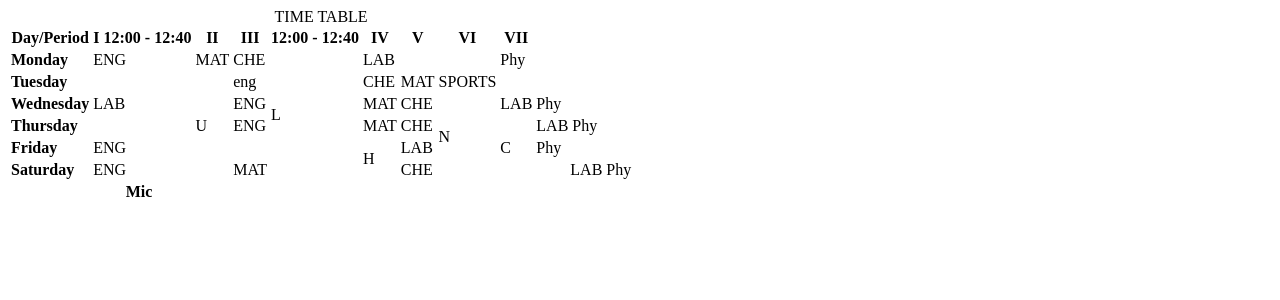
Repository: MicTomm/corso-frontend
Page: HTML/tabella/index.html
These files come from the project's save history. The page is drawn as it stood at one moment and after the next save; the edit follows.
The browser window is 1280 px wide. The pictures show the whole page.

Above is the page before, as saved 2023-11-07 16:36:23.

After the next save:
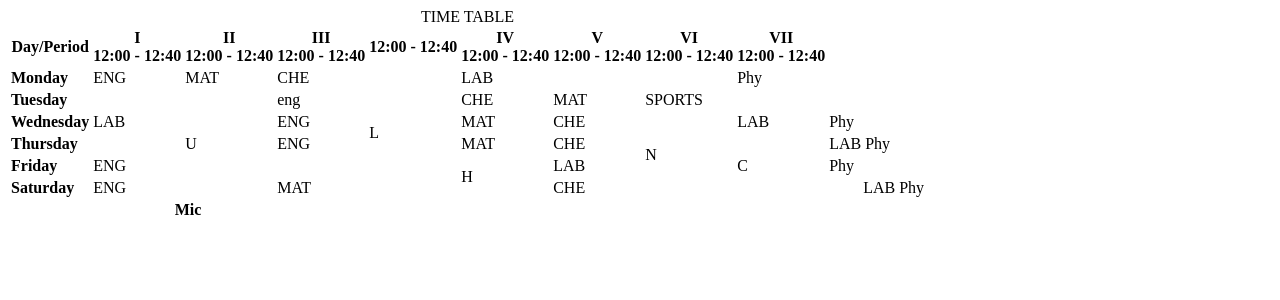
Saved 2 min 26 s later.
--- a/HTML/tabella/index.html
+++ b/HTML/tabella/index.html
@@ -1,24 +1,26 @@
 <!DOCTYPE html>
 <html lang="it">
+
 <head>
   <meta charset="UTF-8">
   <meta name="viewport" content="width=device-width, initial-scale=1.0">
   <title>Ta-bella</title>
 </head>
+
 <body>
   <table>
     <caption>TIME TABLE</caption>
     <thead>
       <tr>
-        <th rowspan="2">Day/Period</th>
-        <th rowspan="2">I 12:00 - 12:40</th>
-        <th rowspan="2">II</th>
-        <th rowspan="2">III</th>
-        <th rowspan="2">12:00 - 12:40</th>
-        <th rowspan="2">IV</th>
-        <th rowspan="2">V</th>
-        <th rowspan="2">VI</th>
-        <th rowspan="2">VII</th>
+        <th>Day/Period</th>
+        <th>I <br />12:00 - 12:40</th>
+        <th>II <br />12:00 - 12:40</th>
+        <th>III <br />12:00 - 12:40</th>
+        <th>12:00 - 12:40</th>
+        <th>IV <br />12:00 - 12:40</th>
+        <th>V <br />12:00 - 12:40</th>
+        <th>VI <br />12:00 - 12:40</th>
+        <th>VII <br />12:00 - 12:40</th>
       </tr>
     </thead>
 
@@ -79,9 +81,10 @@
 
     <tfoot>
       <tr>
-        <th colspan= "4">Mic</th>
+        <th colspan="4">Mic</th>
       </tr>
     </tfoot>
   </table>
 </body>
+
 </html>
